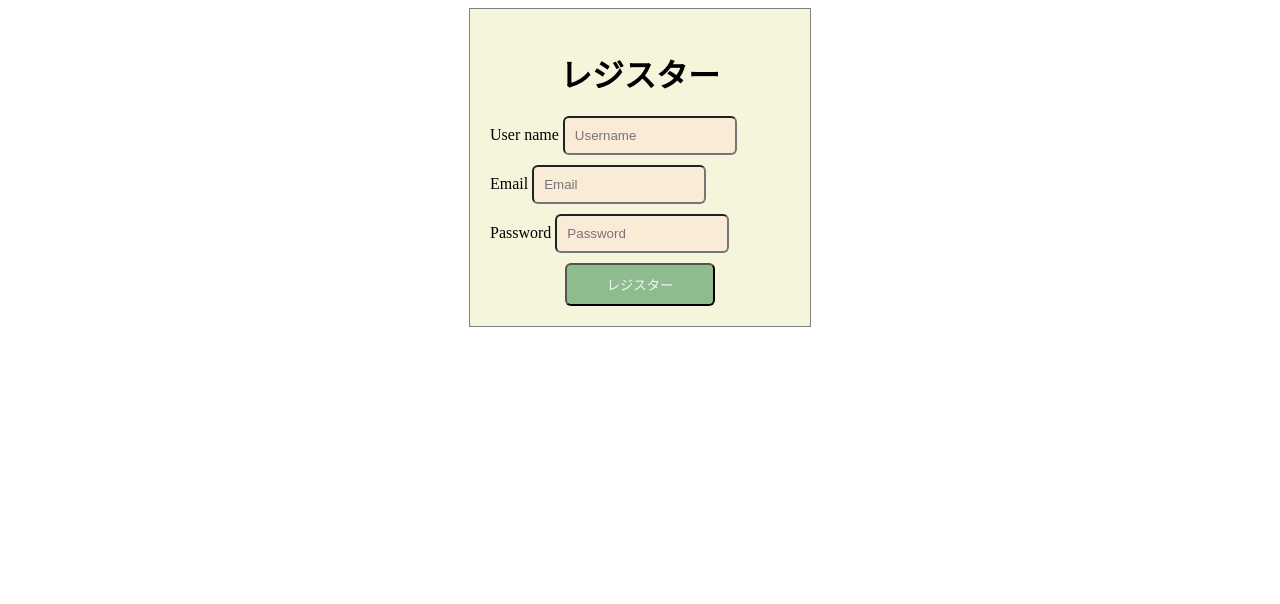
Repository: Jutta197/blog_0815
Page: src/main/resources/static/register.html
The author's editor kept a copy of each file at every save. The page is drawn from the files as they stood at one save, then again after the next save.
The browser window is 1280 px wide. The pictures show the whole page.

Above is the page before, as saved 2023-08-15 12:17:39.

After the next save:
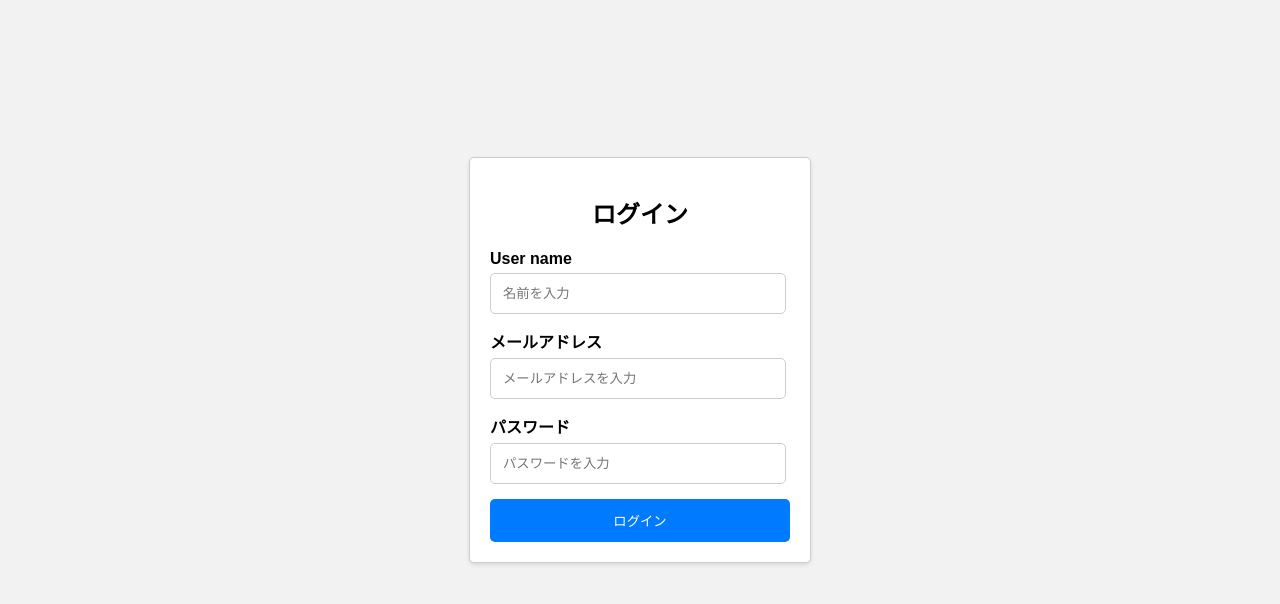
Saved 3 min 48 s later.
--- a/src/main/resources/static/register.html
+++ b/src/main/resources/static/register.html
@@ -1,27 +1,27 @@
 <!DOCTYPE html>
-<html lang="en">
+<html lang="ja">
 
 <head>
     <meta charset="UTF-8">
     <meta name="viewport" content="width=device-width, initial-scale=1.0">
-    <title>REGISTER</title>
-    <link rel="stylesheet" href="register.css">
+    <title>ログイン</title>
+    <link rel="stylesheet" href="login.css">
+    <link rel="stylesheet" href="login.css">
 </head>
 
 <body>
     <div class="container">
         <form action="" method="post">
-            <h1>レジスター</h1>
+            <h1>ログイン</h1>
             <label for="username">User name</label>
-            <input type="text" id="username" name="username" placeholder="Username" required><br>
-            <label for="email">Email</label>
-            <input type="text" id="email" name="email" placeholder="Email" required><br>
-            <label for="password">Password</label>
-            <input type="password" id="password" name="password" placeholder="Password"><br>
-            <input type="submit" value="レジスター" id="submit-button">
+            <input type="text" id="username" name="名前" placeholder="名前を入力" required><br>
+            <label for="email">メールアドレス</label>
+            <input type="text" id="email" name="email" placeholder="メールアドレスを入力" required>
+            <label for="password">パスワード</label>
+            <input type="password" id="password" name="password" placeholder="パスワードを入力">
+            <input type="submit" value="ログイン" id="submit-button">
         </form>
     </div>
-
 </body>
 
 </html>
